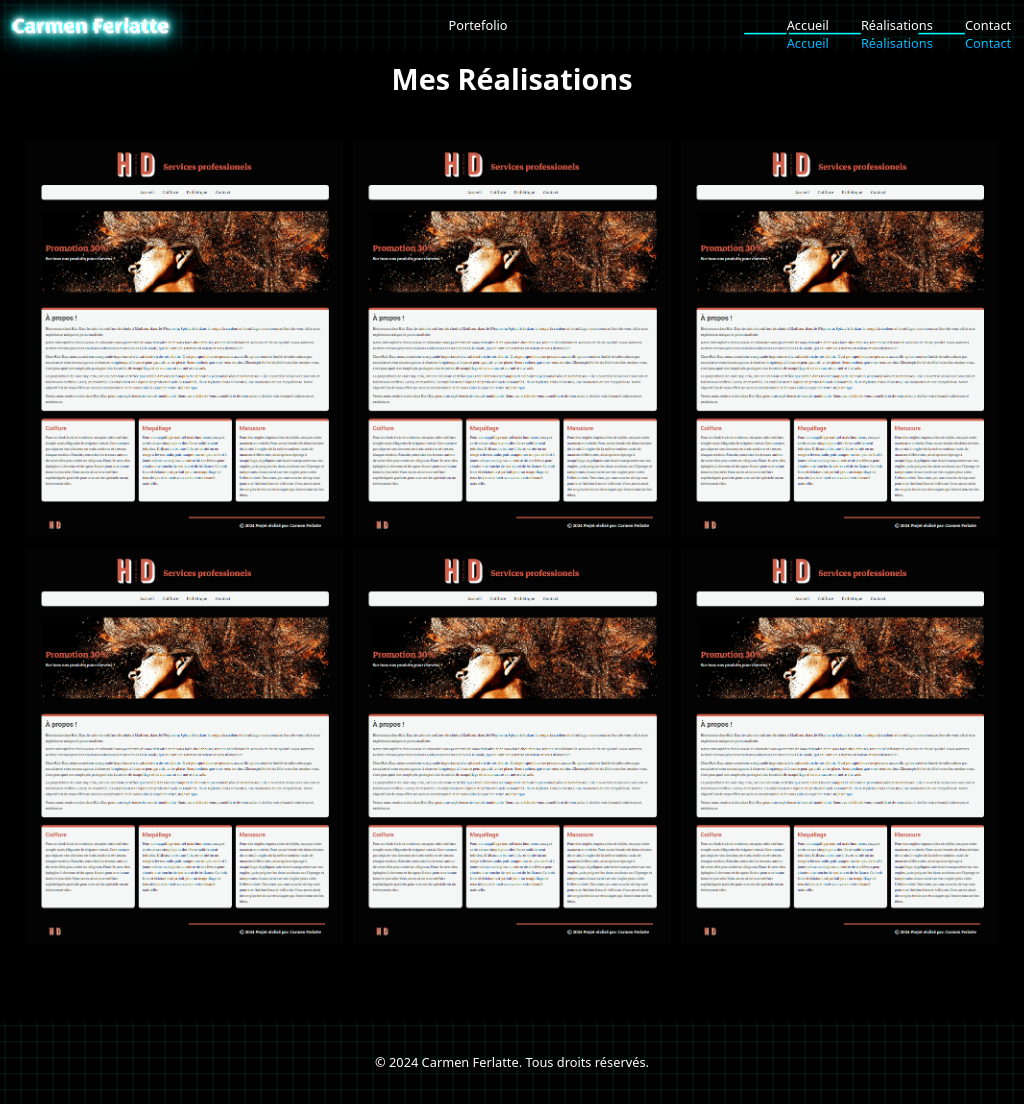
Repository: CarmenFerlatte/TP3__FerlatteCarmen
Page: realisations.html
The author's editor kept a copy of each file at every save. The page is drawn from the files as they stood at one save, then again after a run of saves.
The browser window is 1280 px wide. The pictures show the whole page, at 80% of full size.
Some web libraries are served in a nearby version.

Above is the page before, as saved 2024-08-14 14:46:14.
Console error: TypeError: Cannot read properties of null (reading 'addEventListener')

### realisations.html
<!DOCTYPE html>
<html lang="fr-ca">
<head>
    <meta charset="UTF-8">
    <meta name="viewport" content="width=device-width, initial-scale=1.0">
    <link href="https://cdn.jsdelivr.net/npm/tailwindcss@2.2.19/dist/tailwind.min.css" rel="stylesheet">
    <title>Mon Portefolio</title>
    <script src="https://cdn.tailwindcss.com"></script>
    <link rel="stylesheet" href="https://cdnjs.cloudflare.com/ajax/libs/font-awesome/6.4.0/css/all.min.css">
    <link rel="stylesheet" href="css/navbar.css">
    <script src="https://code.jquery.com/jquery-3.6.0.min.js"></script>
    <script src="js/navbar.js" defer></script>
    <script src="js/script.js" defer></script>
    <script src="js/header.js" defer></script>
    <script>
        $(function(){
            $("#header").load("assets/php/header.html");
            $("#footer").load("assets/php/footer.html");
        });
    </script>
</head>

<body class="bg-black text-white h-dvh">
    <header id="header"></header>

<main>
    <section class="container mx-auto px-4 py-20">
        <h1 class="text-4xl font-bold text-center mb-10">Mes Réalisations</h1>

        <div class="grid grid-cols-2 md:grid-cols-3 gap-3 p-4 w-full m-auto place-items-center">
            <img class="hover:opacity-75" src="img/screenshots/mon_projet__01__salon_de_coiffure.png" alt="image">
            <img class="hover:opacity-75" src="img/screenshots/mon_projet__01__salon_de_coiffure.png" alt="image">
            <img class="hover:opacity-75" src="img/screenshots/mon_projet__01__salon_de_coiffure.png" alt="image">
            <img class="hover:opacity-75" src="img/screenshots/mon_projet__01__salon_de_coiffure.png" alt="image">
            <img class="hover:opacity-75" src="img/screenshots/mon_projet__01__salon_de_coiffure.png" alt="image">
            <img class="hover:opacity-75" src="img/screenshots/mon_projet__01__salon_de_coiffure.png" alt="image">
        </div>
    </section>
</main>

    <footer id="footer"></footer>
</body>
</html>

### css/navbar.css
@keyframes neon-pulse {
    0%, 100% { text-shadow: 0 0 5px #fff, 0 0 10px #fff, 0 0 15px #fff, 0 0 20px #00ffff, 0 0 35px #00ffff, 0 0 40px #00ffff, 0 0 50px #00ffff, 0 0 75px #00ffff; }
    50% { text-shadow: 0 0 2px #fff, 0 0 5px #fff, 0 0 7px #fff, 0 0 10px #00ffff, 0 0 17px #00ffff, 0 0 20px #00ffff, 0 0 25px #00ffff, 0 0 37px #00ffff; }
}

.neon-text {
    animation: neon-pulse 1.5s infinite alternate;
}

.bg-animated {
    background: linear-gradient(-45deg, #000000, #1a1a1a, #000033, #003366);
    background-size: 400% 400%;
    animation: gradient 15s ease infinite;
}

@keyframes gradient {
    0% { background-position: 0% 50%; }
    50% { background-position: 100% 50%; }
    100% { background-position: 0% 50%; }
}

.cyber-grid {
    background-image: linear-gradient(rgba(0, 255, 255, 0.1) 1px, transparent 1px),
                      linear-gradient(90deg, rgba(0, 255, 255, 0.1) 1px, transparent 1px);
    background-size: 20px 20px;
    animation: cyber-grid-move 20s linear infinite;
}

@keyframes cyber-grid-move {
    0% { background-position: 0 0; }
    100% { background-position: 20px 20px; }
}

.nav-link {
    position: relative;
    overflow: hidden;
}

.nav-link::before {
    content: '';
    position: absolute;
    bottom: 0;
    left: 0;
    width: 100%;
    height: 2px;
    background-color: #00ffff;
    transform: translateX(-100%);
    transition: transform 0.3s ease;
}

.nav-link:hover::before {
    transform: translateX(0);
}

.nav-link::after {
    content: attr(data-text);
    position: absolute;
    top: 0;
    left: 0;
    width: 100%;
    height: 100%;
    display: flex;
    align-items: center;
    justify-content: center;
    transform: translateY(100%);
    background: linear-gradient(to bottom, #00ffff, #0080ff);
    -webkit-background-clip: text;
    -webkit-text-fill-color: transparent;
    transition: transform 0.3s ease;
}

.nav-link:hover::after {
    transform: translateY(0);
}

.glitch-effect {
    position: relative;
}

.glitch-effect::before,
.glitch-effect::after {
    content: attr(data-text);
    position: absolute;
    top: 0;
    left: 0;
    width: 100%;
    height: 100%;
    opacity: 0.8;
}

.glitch-effect::before {
    left: 2px;
    text-shadow: -2px 0 #ff00de;
    clip: rect(24px, 550px, 90px, 0);
    animation: glitch-anim 3s infinite linear alternate-reverse;
}

.glitch-effect::after {
    left: -2px;
    text-shadow: -2px 0 #00ffff;
    clip: rect(85px, 550px, 140px, 0);
    animation: glitch-anim 2s infinite linear alternate-reverse;
}

@keyframes glitch-anim {
    0% { clip: rect(39px, 9999px, 71px, 0); }
    20% { clip: rect(3px, 9999px, 5px, 0); }
    40% { clip: rect(6px, 9999px, 38px, 0); }
    60% { clip: rect(13px, 9999px, 43px, 0); }
    80% { clip: rect(44px, 9999px, 93px, 0); }
    100% { clip: rect(54px, 9999px, 47px, 0); }
}

#menu-toggle:checked ~ .menu-icon .hamburger {
    transform: rotate(45deg);
}

#menu-toggle:checked ~ .menu-icon .hamburger::before {
    transform: translateY(8px) rotate(90deg);
}

#menu-toggle:checked ~ .menu-icon .hamburger::after {
    transform: translateY(-8px) rotate(90deg);
}

.hamburger,
.hamburger::before,
.hamburger::after {
    content: '';
    display: block;
    background: #00ffff;
    height: 3px;
    width: 30px;
    transition: transform 0.5s cubic-bezier(0.23, 1, 0.32, 1);
}

.hamburger::before { transform: translateY(-8px); }
.hamburger::after { transform: translateY(8px); }

@media (max-width: 768px) {
    .menu {
        position: fixed;
        top: 60px;
        left: 0;
        width: 100%;
        height: 0;
        background: rgba(0, 0, 0, 0.9);
        overflow: hidden;
        transition: height 0.5s cubic-bezier(0.23, 1, 0.32, 1);
    }

    #menu-toggle:checked ~ .menu {
        height: calc(100vh - 60px);
    }
}

/*-------------Invisible Navbar-------------*/

.navbar-hidden {
    transform: translateY(-100%);
    transition: transform 0.3s ease-in-out;
}

### js/navbar.js
const menuToggle = document.getElementById('menu-toggle');
        const menu = document.querySelector('.menu');

        menuToggle.addEventListener('change', function() {
            if (this.checked) {
                menu.classList.remove('hidden');
                menu.classList.add('flex', 'flex-col', 'items-center', 'justify-center', 'space-y-4');
            } else {
                menu.classList.add('hidden');
                menu.classList.remove('flex', 'flex-col', 'items-center', 'justify-center', 'space-y-4');
            }
        });

        window.addEventListener('resize', function() {
            if (window.innerWidth > 768) {
                menu.classList.remove('hidden', 'flex', 'flex-col', 'items-center', 'justify-center', 'space-y-4');
                menu.classList.add('md:flex', 'md:items-center');
                menuToggle.checked = false;
            } else if (!menuToggle.checked) {
                menu.classList.add('hidden');
                menu.classList.remove('flex', 'flex-col', 'items-center', 'justify-center', 'space-y-4');
            }
        });

// Navbar hidden on scroll down


document.addEventListener('DOMContentLoaded', function () {
            // Charger le header
            $('#header').load('../assets/php/header.html', function() {
                let navbar = document.querySelector('.bg-animated');
                if (navbar) {
                    let lastScrollTop = 0;

                    window.addEventListener('scroll', function () {
                        let scrollTop = window.scrollY || document.documentElement.scrollTop;
                        if (scrollTop > lastScrollTop) {
                            // Scroll down
                            navbar.classList.add('navbar-hidden');
                        } else {
                            // Scroll up
                            navbar.classList.remove('navbar-hidden');
                        }

                        lastScrollTop = scrollTop;
                    });
                } else {
                    console.error('Navbar not found');
                }
            });

            // Charger le footer
            $('#footer').load('../assets/php/footer.html');
        });

### js/script.js
// bouton lien vers la section 1

document.addEventListener('DOMContentLoaded', function () {
    const lienButton = document.querySelector('.btn-lien');
    lienButton.addEventListener('click', function () {
        document.querySelector('#section-1').scrollIntoView({
            behavior: 'smooth'
        });
    });
});

// bouton lien page extene

document.addEventListener('DOMContentLoaded', function () {
    const lienButton = document.querySelector('.btn-lien2');
    lienButton.addEventListener('click', function () {
        window.open('https://www.facebook.com', '_blank');
    });
});

// accordeon //

let elements = document.querySelectorAll("[data-menu]");
for (let i = 0; i < elements.length; i++) {
    let main = elements[i];

    main.addEventListener("click", function () {
        let element = main.parentElement.parentElement;
        let indicators = main.querySelectorAll("img");
        let child = element.querySelector("#menu");
        let h = element.querySelector("#mainHeading>div>p");

        h.classList.toggle("font-semibold");
        child.classList.toggle("hidden");
        // console.log(indicators[0]);
        indicators[0].classList.toggle("rotate-180");
    });
}

### js/header.js
$(function () {
    $('#header').load('assets/php/header.html', function() {
        let navbar = document.querySelector('.bg-animated');
        if (navbar) {
            let lastScrollTop = 0;

            window.addEventListener('scroll', function () {
                let scrollTop = window.scrollY || document.documentElement.scrollTop;
                if (scrollTop > lastScrollTop) {
                    // Scroll down
                    navbar.classList.add('navbar-hidden');
                } else {
                    // Scroll up
                    navbar.classList.remove('navbar-hidden');
                }

                    lastScrollTop = scrollTop;
            });
        } else {
            console.error('Navbar not found');
        }
    });
    $('#footer').load('assets/php/footer.html');
});

### assets/php/header.html
<header>
    <nav class="bg-animated cyber-grid fixed w-full z-50">
        <div class="container mx-auto px-4">
            <div class="flex justify-between items-center py-4">
                <a href="#" class="text-2xl font-bold neon-text glitch-effect" data-text="Carmen Ferlatte">Carmen Ferlatte</a>
                <label for="menu-toggle">Portefolio</label>
                <input type="checkbox" id="menu-toggle" class="hidden">
                <label for="menu-toggle" class="menu-icon cursor-pointer md:hidden">
                    <span class="hamburger"></span>
                </label>
                <ul class="menu hidden md:flex md:items-center space-x-10">
                    <li><a href="index.html" class="nav-link" data-text="Accueil">Accueil</a></li>
                    <li><a href="realisations.html" class="nav-link" data-text="Réalisations">Réalisations</a></li>
                    <li><a href="contact.html" class="nav-link" data-text="Contact">Contact</a></li>
                    <!-- <li><a href="#" class="bg-gradient-to-r from-cyan-500 to-blue-500 text-white font-bold py-2 px-4 rounded hover:from-cyan-600 hover:to-blue-600 transition-all duration-300">Sign Up</a></li> -->
                </ul>
            </div>
        </div>
    </nav>
</header>

### assets/php/footer.html
<footer>
    <div class="container mx-auto px-4 py-10 cyber-grid">
        <p class="text-center text-white">© 2024 Carmen Ferlatte. Tous droits réservés.</p>
   </div>
</footer>

After the next 2 saves:
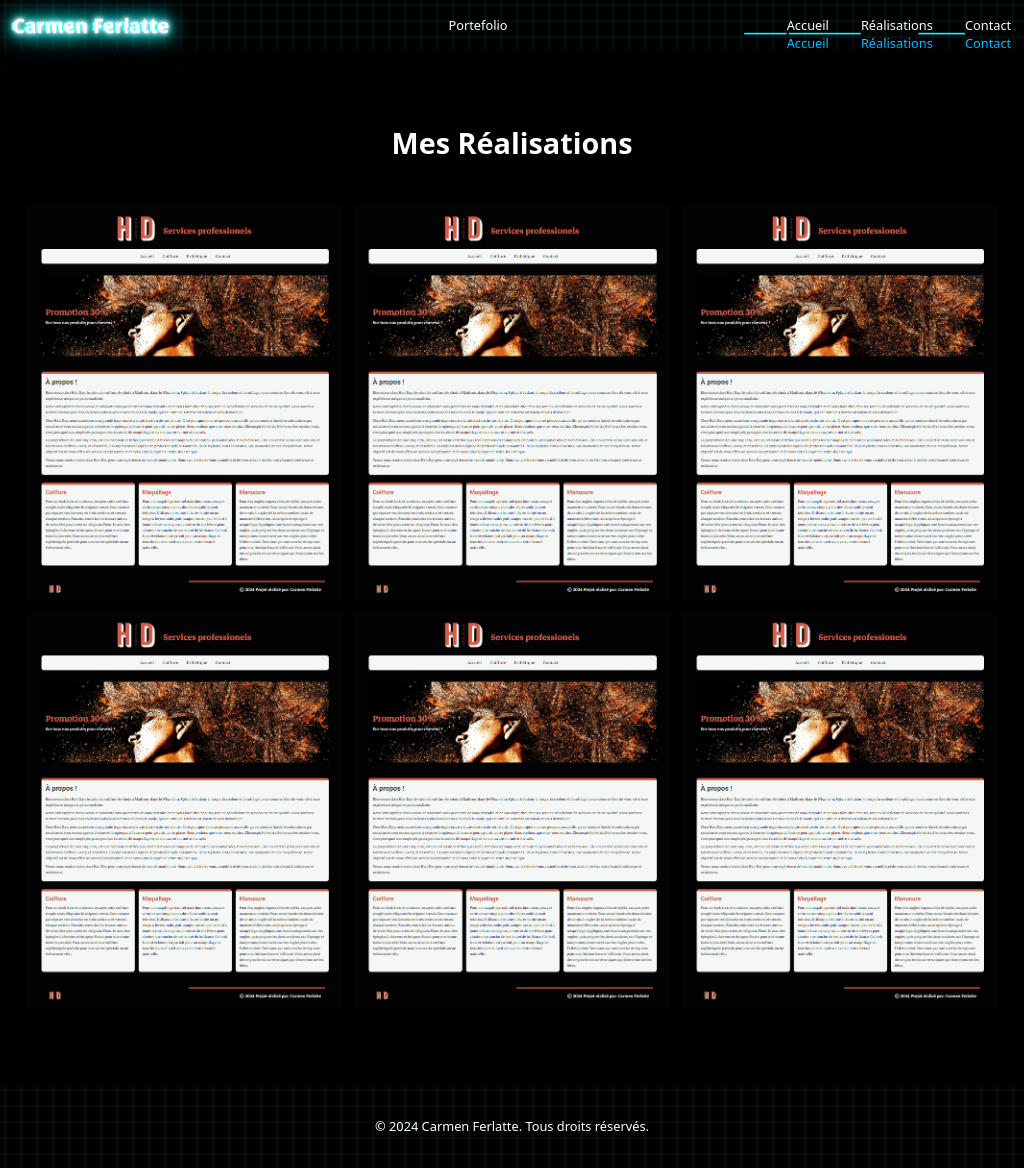
The 2 saves are shown as one change because they came seconds apart.
The last was saved 30 s later.
--- a/realisations.html
+++ b/realisations.html
@@ -25,7 +25,7 @@
 
 <main>
     <section class="container mx-auto px-4 py-20">
-        <h1 class="text-4xl font-bold text-center mb-10">Mes Réalisations</h1>
+        <h1 class="text-4xl font-bold text-center mb-10 mt-20">Mes Réalisations</h1>
 
         <div class="grid grid-cols-2 md:grid-cols-3 gap-3 p-4 w-full m-auto place-items-center">
             <img class="hover:opacity-75" src="img/screenshots/mon_projet__01__salon_de_coiffure.png" alt="image">
